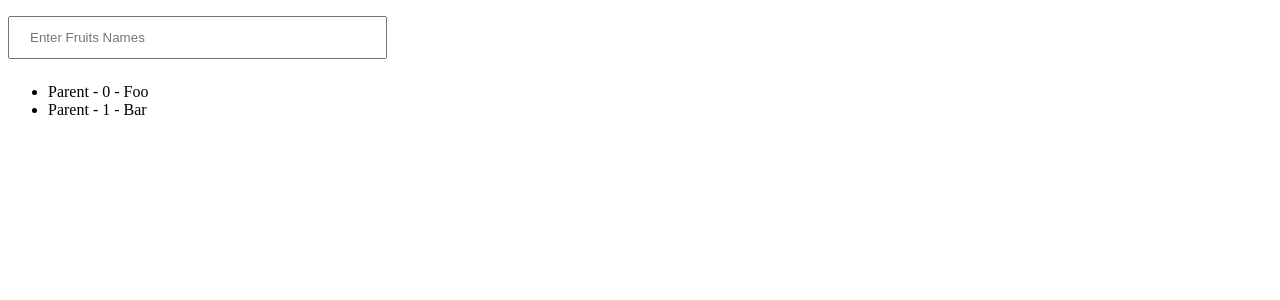
Repository: MeghaNagari/PracticeAtVMC
Page: Practice/VuePractice/WebContent/ListRendering.html
An editor plug-in stored every save of this project. The page is shown before and after the next save, followed by the edit.
The browser window is 1280 px wide. The pictures show the whole page.
Some web libraries are served in a nearby version.

Above is the page before, as saved 2018-03-20 04:53:31.

### Practice/VuePractice/WebContent/ListRendering.html
<!DOCTYPE html>
<html>
<head>
<meta charset="UTF-8">
<title>Insert title here</title>
</head>

<script src="https://cdn.jsdelivr.net/npm/vue@2.5.16/dist/vue.js"></script>

<body>


<div id = "test1">
         <input type = "text" v-on:keyup.enter = "showinputvalue"
            v-bind:style = "styleobj" placeholder = "Enter Fruits Names"/>
         <h1 v-if = "items.length>0">Display Fruits Name</h1>
         <ul>
            <li v-for = "a in items">{{a}}</li>
         </ul>
      </div>


      <div id="test2">


      <ul id="example-2">
  <li v-for="(item, index) in items">
    {{ parentMessage }} - {{ index }} - {{ item.message }}
  </li>
</ul>




      </div>

</body>
<script>



var vm = new Vue({
    el: '#test1',
    data: {
       items:[],
       styleobj: {
          width: "30%",
          padding: "12px 20px",
          margin: "8px 0",
          boxSizing: "border-box"
       }
    },
    methods : {
       showinputvalue : function(event) {
          this.items.push(event.target.value);
       }
    },
 });




</script>



<script>


var example2 = new Vue({
	  el: '#test2',
	  data: {
	    parentMessage: 'Parent',
	    items: [
	      { message: 'Foo' },
	      { message: 'Bar' }
	    ]
	  }
	})




</script>
</html>

After the next save:
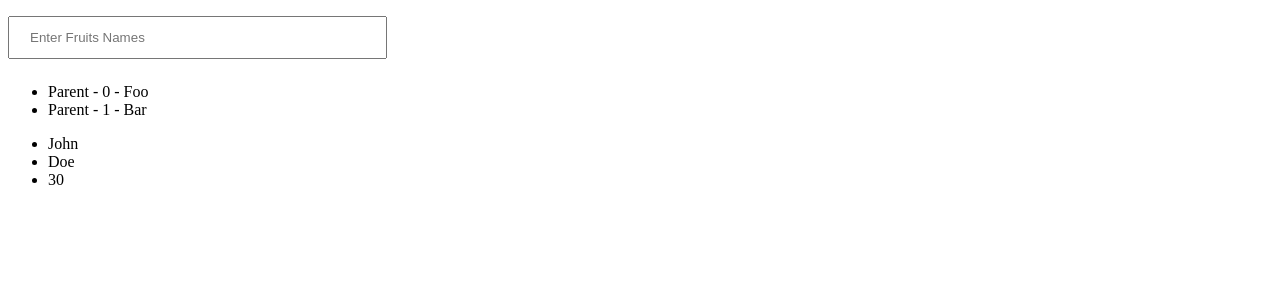
Saved 3 min 9 s later.
--- a/Practice/VuePractice/WebContent/ListRendering.html
+++ b/Practice/VuePractice/WebContent/ListRendering.html
@@ -30,6 +30,18 @@
 </ul>
 
 
+
+
+      </div>
+
+      <div id="test3">
+
+
+      <ul id="v-for-object" class="demo">
+  <li v-for="value in object">
+    {{ value }}
+  </li>
+</ul>
 
 
       </div>
@@ -82,4 +94,23 @@
 
 
 </script>
+
+<script>
+
+new Vue({
+	  el: '#test3',
+	  data: {
+	    object: {
+	      firstName: 'John',
+	      lastName: 'Doe',
+	      age: 30
+	    }
+	  }
+	})
+
+
+
+</script>
+
+
 </html>

After the 2 saves that followed:
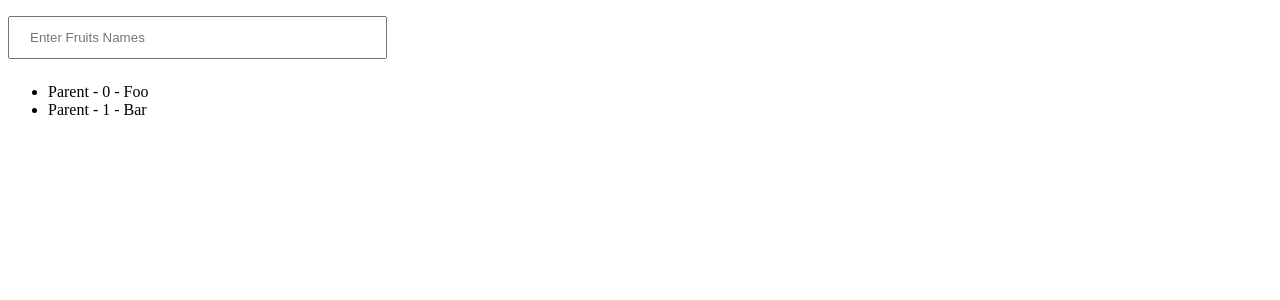
The 2 saves are shown as one change because 1 left the picture as it was.
The last was saved 63 s later.
--- a/Practice/VuePractice/WebContent/ListRendering.html
+++ b/Practice/VuePractice/WebContent/ListRendering.html
@@ -37,8 +37,8 @@
       <div id="test3">
 
 
-      <ul id="v-for-object" class="demo">
-  <li v-for="value in object">
+      <ul class="demo">
+  <li v-for="value in data">
     {{ value }}
   </li>
 </ul>
